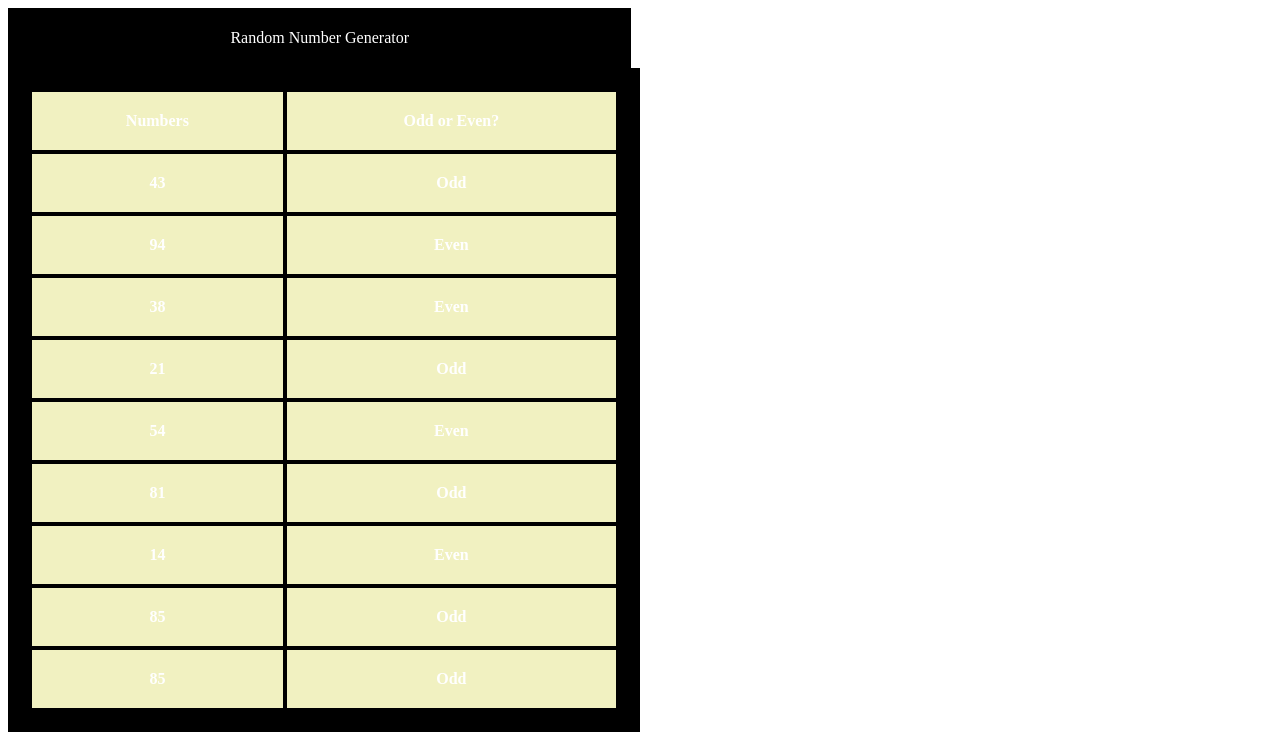
Repository: TheRealCisco/f2017CST336
Page: http://localhost/Challenge/rand.php
The author's editor kept a record of every edit. The page is drawn from the files as they stood at one moment, then again after the next edit.
The browser window is 1280 px wide. The pictures show the whole page.
The page is run by PHP 8.4 with error messages shown; the project is at /var/www/html/.

Above is the page before.

### Challenge/rand.php
<html>
    <head>
        <style>
            th{
                text-align: center;
                padding: 20px;
                border: 1px solid black;
                background-color: #f1f1c1;
            }
            header{
                text-align:center;
                padding:20px;
                border: 1px solid black;
                background-color: black;
                color:white;
            }
            #head{
                text-align:center;
                padding:20px;
                border: 1px solid black;
                background-color: black;
                color:white;
            }
        </style>
    </head>
    <header style="width:46%">
        Random Number Generator
    </header>
<body>
<table id="head" style="width:50%">
    <tr>
        <th>
            Numbers
        </th>
        <th>
            Odd or Even?
        </th>

    </tr>
<tr>
    <th>
        <?php
        $digits_needed=9;
        $random_number='';
        $count=0;

        while ( $count < $digits_needed ) {
            $random_digit = mt_rand(0, 100);
            $random_number .= $random_digit;
            $count++;
        }
        echo $random_digit;

    ?>
<th>
    <?php
            if ($random_digit % 2 == 0) {
            print " Even";
        }
        else
            print " Odd"
        ?>
</th>
</th>
    </tr>
<tr>
    <th>
        <?php
        $digits_needed=9;
        $random_number='';
        $count=0;

        while ( $count < $digits_needed ) {
            $random_digit = mt_rand(0, 100);
            $random_number .= $random_digit;
            $count++;
        }
        echo $random_digit;

    ?>
<th>
    <?php
            if ($random_digit % 2 == 0) {
            print " Even";
        }
        else
            print " Odd"
        ?>
</th>
</th>
    </tr>
<tr>
    <th>
        <?php
        $digits_needed=9;
        $random_number='';
        $count=0;

        while ( $count < $digits_needed ) {
            $random_digit = mt_rand(0, 100);
            $random_number .= $random_digit;
            $count++;
        }
        echo $random_digit;

    ?>
<th>
    <?php
            if ($random_digit % 2 == 0) {
            print " Even";
        }
        else
            print " Odd"
        ?>
</th>
</th>
    </tr>
<tr>
    <th>
        <?php
        $digits_needed=9;
        $random_number='';
        $count=0;

        while ( $count < $digits_needed ) {
            $random_digit = mt_rand(0, 100);
            $random_number .= $random_digit;
            $count++;
        }
        echo $random_digit;

    ?>
<th>
    <?php
            if ($random_digit % 2 == 0) {
            print " Even";
        }
        else
            print " Odd"
        ?>
</th>
</th>
    </tr>
<tr>
    <th>
        <?php
        $digits_needed=9;
        $random_number='';
        $count=0;

        while ( $count < $digits_needed ) {
            $random_digit = mt_rand(0, 100);
            $random_number .= $random_digit;
            $count++;
        }
        echo $random_digit;

    ?>
<th>
    <?php
            if ($random_digit % 2 == 0) {
            print " Even";
        }
        else
            print " Odd"
        ?>
</th>
</th>
    </tr>
<tr>
    <th>
        <?php
        $digits_needed=9;
        $random_number='';
        $count=0;

        while ( $count < $digits_needed ) {
            $random_digit = mt_rand(0, 100);
            $random_number .= $random_digit;
            $count++;
        }
        echo $random_digit;

    ?>
<th>
    <?php
            if ($random_digit % 2 == 0) {
            print " Even";
        }
        else
            print " Odd"
        ?>
</th>
</th>
    </tr>
<tr>
    <th>
        <?php
        $digits_needed=9;
        $random_number='';
        $count=0;

        while ( $count < $digits_needed ) {
            $random_digit = mt_rand(0, 100);
            $random_number .= $random_digit;
            $count++;
        }
        echo $random_digit;

    ?>
<th>
    <?php
            if ($random_digit % 2 == 0) {
            print " Even";
        }
        else
            print " Odd"
        ?>
</th>
</th>
    </tr>
<tr>
    <th>
        <?php
        $digits_needed=9;
        $random_number='';
        $count=0;

        while ( $count < $digits_needed ) {
            $random_digit = mt_rand(0, 100);
            $random_number .= $random_digit;
            $count++;
        }
        echo $random_digit;

    ?>
<th>
    <?php
            if ($random_digit % 2 == 0) {
            print " Even";
        }
        else
            print " Odd"
        ?>
</th>
</th>
    </tr>
<tr>
    <th>
        <?php
        $digits_needed=9;
        $random_number='';
        $count=0;

        while ( $count < $digits_needed ) {
            $random_digit = mt_rand(0, 100);
            $random_number .= $random_digit;
            $count++;
        }
        echo $random_digit;

    ?>
<th>
    <?php
            if ($random_digit % 2 == 0) {
            print " Even";
        }
        else
            print " Odd"
        ?>
</th>
</th>
    </tr>

</table>
</body>


</html>

After the next edit:
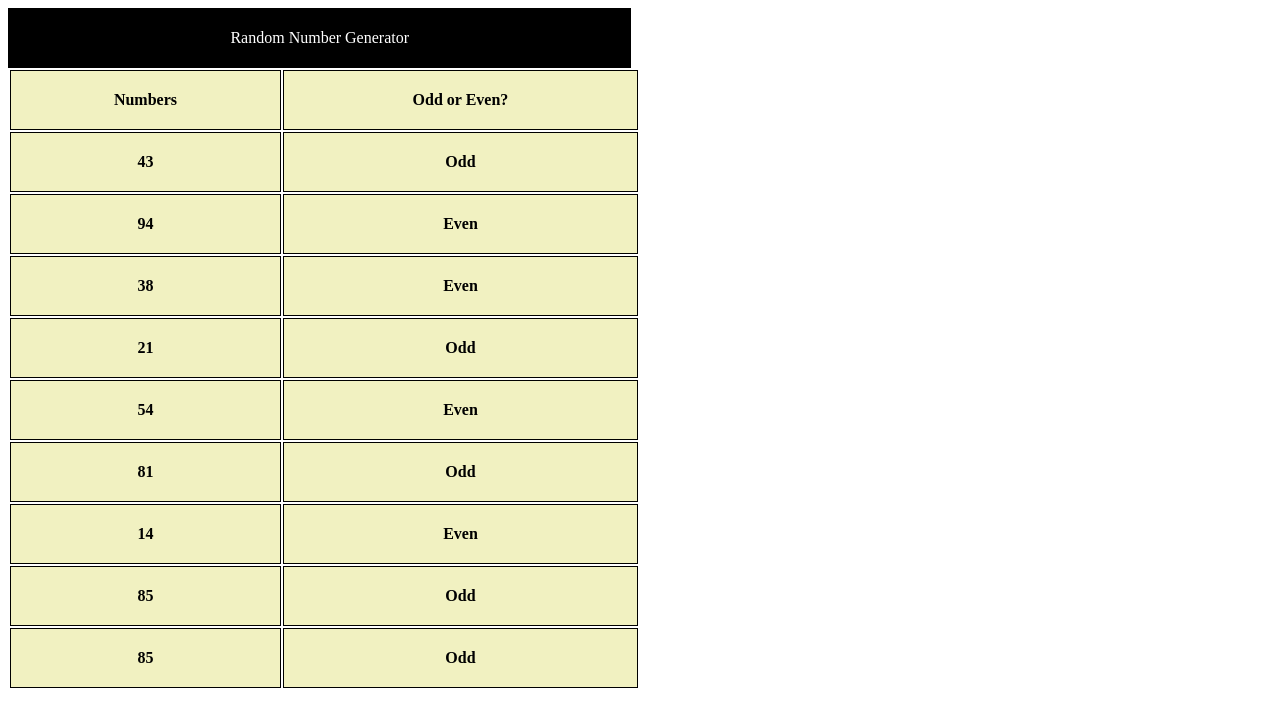
The edit:
--- a/Challenge/rand.php
+++ b/Challenge/rand.php
@@ -27,7 +27,7 @@
         Random Number Generator
     </header>
 <body>
-<table id="head" style="width:50%">
+<table id="top" style="width:50%">
     <tr>
         <th>
             Numbers

After the edit that followed:
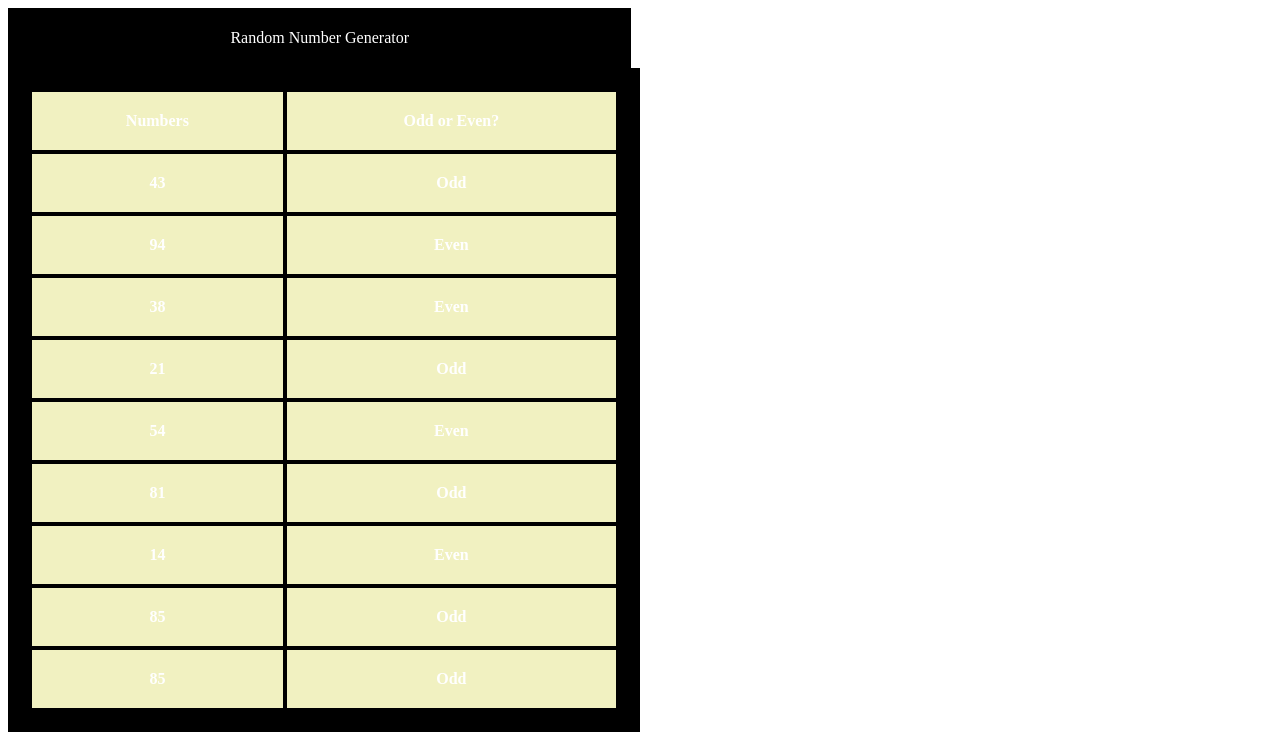
The edit:
--- a/Challenge/rand.php
+++ b/Challenge/rand.php
@@ -14,7 +14,7 @@
                 background-color: black;
                 color:white;
             }
-            #head{
+            #top{
                 text-align:center;
                 padding:20px;
                 border: 1px solid black;
